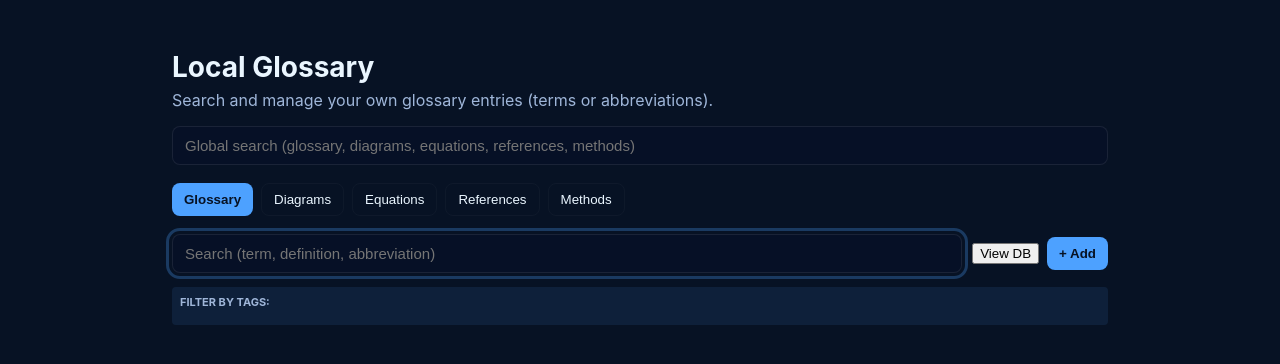
Repository: aldricprt/ecss-glossary
Page: web/index.html
These files come from the project's save history. The page is drawn as it stood at one moment and after the next save; the edit follows.
The browser window is 1280 px wide. The pictures show the whole page.
The page's requests for data from a server got no answer.

Above is the page before, as saved 2026-01-29 11:01:03.

After the next save:
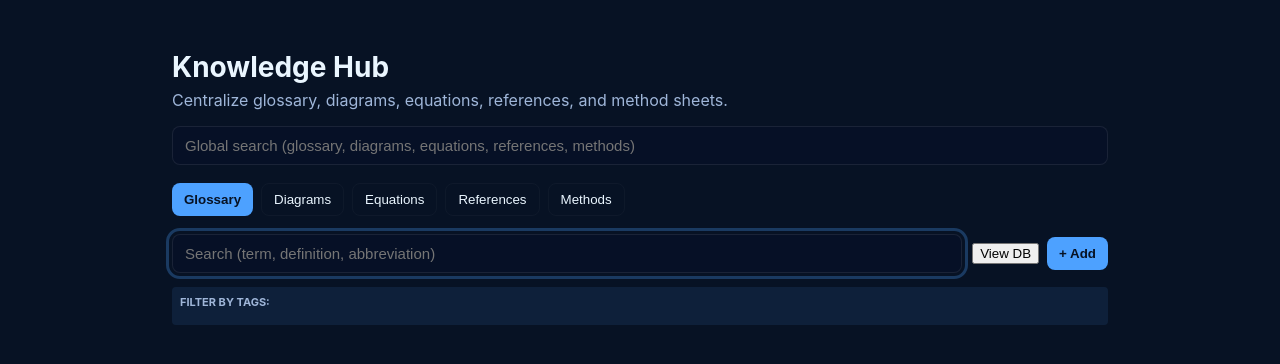
Saved 3 days later.
--- a/web/index.html
+++ b/web/index.html
@@ -3,13 +3,13 @@
 <head>
   <meta charset="utf-8" />
   <meta name="viewport" content="width=device-width,initial-scale=1" />
-  <title>Local Glossary — editable</title>
+  <title>Knowledge Hub — ECSS</title>
   <link rel="stylesheet" href="/web/styles.css">
 </head>
 <body>
   <main>
-    <h1>Local Glossary</h1>
-    <p>Search and manage your own glossary entries (terms or abbreviations).</p>
+    <h1>Knowledge Hub</h1>
+    <p>Centralize glossary, diagrams, equations, references, and method sheets.</p>
 
     <div class="search" style="margin:12px 0 18px 0">
       <input id="globalSearch" type="search" placeholder="Global search (glossary, diagrams, equations, references, methods)" style="flex:1;padding:10px 12px;border:1px solid rgba(255,255,255,0.08);border-radius:8px;font-size:15px;background:#061026;color:inherit" />
@@ -17,14 +17,14 @@
     <div id="globalResults" style="margin-bottom:16px"></div>
 
     <nav class="mainMenu" role="navigation" aria-label="Main menu">
-      <button id="menuGlossary" class="active">Glossary</button>
+      <button id="menuGlossary">Glossary</button>
       <button id="menuDiagrams">Diagrams</button>
       <button id="menuEquations">Equations</button>
       <button id="menuReferences">References</button>
       <button id="menuMethods">Methods</button>
     </nav>
 
-    <div id="glossaryApp">
+    <div id="glossaryApp" class="hidden" aria-hidden="true">
       <div class="search">
         <input id="q" type="search" placeholder="Search (term, definition, abbreviation)" autofocus />
         <div style="display:flex;gap:8px;align-items:center">
